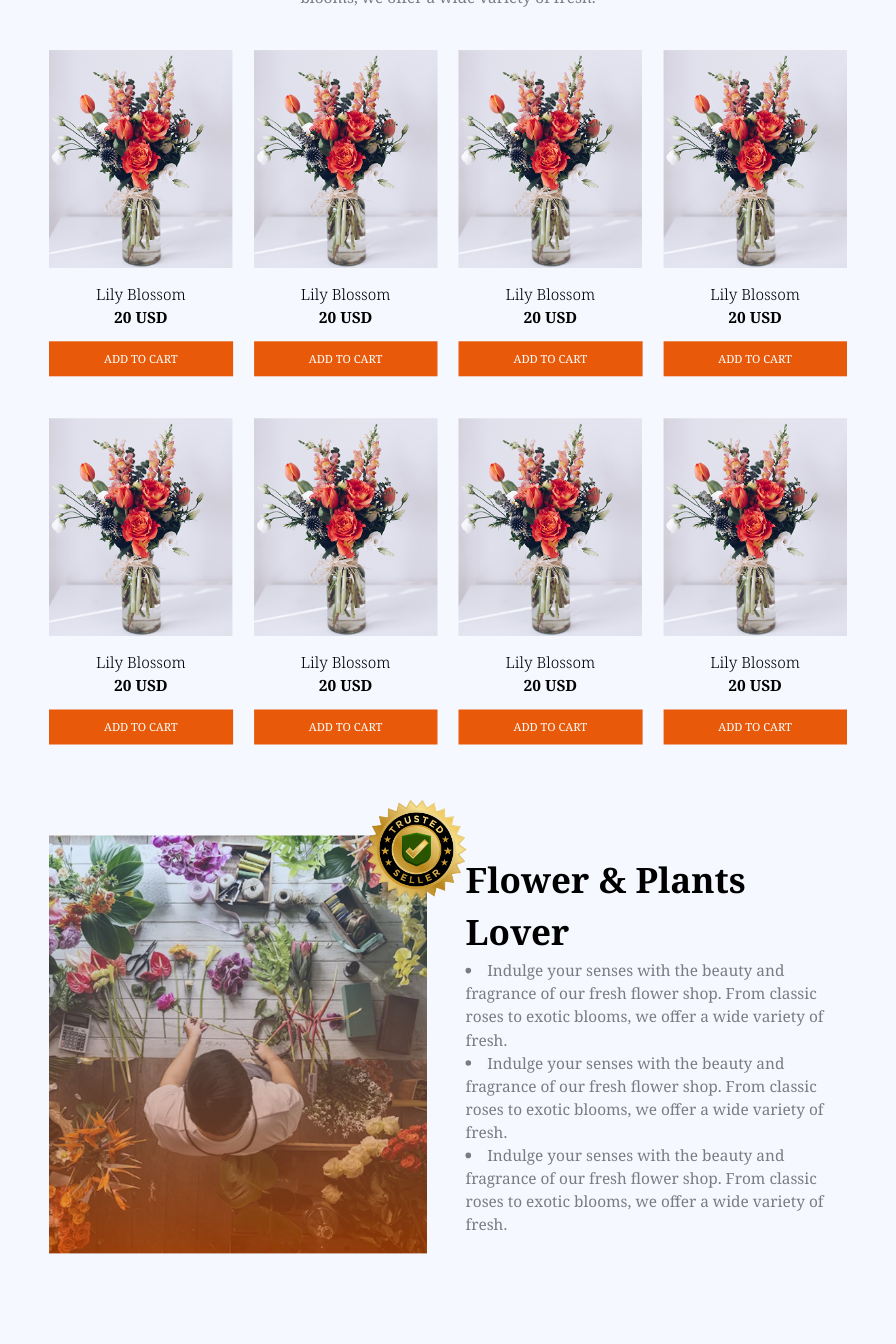
Repository: nahid-hasann/website-7
Page: index.html
An editor plug-in stored every save of this project. The page is shown before and after a run of saves, followed by the edit.
The browser window is 1280 px wide. The pictures show the part of the page from y = 962 to 2882 px (the page is 2882 px tall), at 70% of full size.
Some web libraries are served in a nearby version.

Above is the page before, as saved 2025-07-24 13:07:23.

### index.html
<!DOCTYPE html>
<html lang="en">
<head>
    <meta charset="UTF-8">
    <meta name="viewport" content="width=device-width, initial-scale=1.0">
     <script src="https://cdn.jsdelivr.net/npm/@tailwindcss/browser@4"></script>
    <title> website-7 </title>
    <link rel="stylesheet" href="style.css">
    <link rel="stylesheet" href="https://cdnjs.cloudflare.com/ajax/libs/font-awesome/7.0.0/css/all.min.css" integrity="sha512-DxV+EoADOkOygM4IR9yXP8Sb2qwgidEmeqAEmDKIOfPRQZOWbXCzLC6vjbZyy0vPisbH2SyW27+ddLVCN+OMzQ==" crossorigin="anonymous" referrerpolicy="no-referrer" />
   <link rel="preconnect" href="https://fonts.googleapis.com">
<link rel="preconnect" href="https://fonts.gstatic.com" crossorigin>
<link href="https://fonts.googleapis.com/css2?family=Noto+Serif:ital,wght@0,100..900;1,100..900&display=swap" rel="stylesheet">
</head>
<body class="noto-serif-nahid">


    <header>
        <nav>
            <div class="nav-logo">
                <img src="assets/logo.png" alt="">
            </div>
            <div class="nav-menu">
                <ul>
                    <li class="ul-li" style="color: black; font-weight: bold;">Home</li>
                    <li class="ul-li" >Shop</li>
                    <li class="ul-li" >About us</li>
                    <li class="last-li" style="color: black;"><i class="fa-solid fa-cart-shopping"></i>Cart ($56)</li>
                </ul>
            </div>
        </nav>
    </header>

    <main>

        <section class="banner">
            <div class="banner-section">
                <div class="banner-description">
                    <h1>ALWAYS <span style="color: #e85a0a;">FRESH <br> FLOWERS</span></h1>
                    <p>Indulge your senses with the beauty and fragrance of our fresh flower shop. From classic roses to exotic blooms, we offer a wide variety of fresh flowers that are perfect for any occasion.  </p>
                </div>
                <div class="banner-img">
                    <img src="assets/hero-flower.png" alt="">
                </div>
            </div>
        </section>

        <section class="plants-section">
             <h1> <span style="color: #e85a0a;">Our</span> Plants</h1>
             <p>Indulge your senses with the beauty and fragrance of our fresh flower shop. From classic roses to exotic blooms, we offer a wide variety of fresh.</p>
             <div class="plants-card">
                <div class="card">
                    <img src="assets/sample-flower-image.png" alt="">
                    <h4>Lily Blossom</h4>
                    <h2>20 USD</h2>
                    <button class="btn">ADD TO CART</button>
                </div>
                 <div class="card">
                    <img src="assets/sample-flower-image.png" alt="">
                    <h4>Lily Blossom</h4>
                    <h2>20 USD</h2>
                    <button class="btn">ADD TO CART</button>
                </div>
                 <div class="card">
                    <img src="assets/sample-flower-image.png" alt="">
                    <h4>Lily Blossom</h4>
                    <h2>20 USD</h2>
                    <button class="btn">ADD TO CART</button>
                </div>
                 <div class="card">
                    <img src="assets/sample-flower-image.png" alt="">
                    <h4>Lily Blossom</h4>
                    <h2>20 USD</h2>
                    <button class="btn">ADD TO CART</button>
                </div>
                 <div class="card">
                    <img src="assets/sample-flower-image.png" alt="">
                    <h4>Lily Blossom</h4>
                    <h2>20 USD</h2>
                    <button class="btn">ADD TO CART</button>
                </div>
                 <div class="card">
                    <img src="assets/sample-flower-image.png" alt="">
                    <h4>Lily Blossom</h4>
                    <h2>20 USD</h2>
                    <button class="btn">ADD TO CART</button>
                </div>
                 <div class="card">
                    <img src="assets/sample-flower-image.png" alt="">
                    <h4>Lily Blossom</h4>
                    <h2>20 USD</h2>
                    <button class="btn">ADD TO CART</button>
                </div>
                 <div class="card">
                    <img src="assets/sample-flower-image.png" alt="">
                    <h4>Lily Blossom</h4>
                    <h2>20 USD</h2>
                    <button class="btn">ADD TO CART</button>
                </div>
             </div>
        </section>

        <section class="plants-lover-section">
            <div class="plants-lover-div">
                <div class="plants-lover-img">
                <img src="assets/flower-store.png" alt="">
                <div class="badge">
                    <img class="badge-img" src="assets/trusted-badge.png" alt="">
                </div>
            </div>
            <div class="plants-lover-content">
                <h1>Flower & Plants Lover</h1>
                <or>
                    <li>Indulge your senses with the beauty and fragrance of our fresh flower shop. From classic roses to exotic blooms, we offer a wide variety of fresh.</li>
                    <li>Indulge your senses with the beauty and fragrance of our fresh flower shop. From classic roses to exotic blooms, we offer a wide variety of fresh.</li>
                    <li>Indulge your senses with the beauty and fragrance of our fresh flower shop. From classic roses to exotic blooms, we offer a wide variety of fresh.</li>
                </or>
            </div>
            </div>
        </section>

    </main>




</body>
</html>

### style.css


*{
    margin: 0;
    padding: 0;
    box-sizing: border-box;
}


.noto-serif-nahid {
  font-family: "Noto Serif", serif;
  font-optical-sizing: auto;
  font-style: normal;
  font-variation-settings:
    "wdth" 100;
}

body{
    background-color: #f5f8ff;
}



/* header suru  */

header{
   margin: 20px auto;
   max-width: 1140px;
}

nav{
    display: flex;
    justify-content: space-between;
    align-items: center;
}

.nav-logo img{
    width: 100%;
}

.nav-menu ul{
     display: flex;
     gap: 30px;
     align-items: center;
     justify-content: center;
     margin: auto 0;
}

.nav-menu ul li{
    color: rgba(137, 135, 161, 1);
    font-weight: 400;
}


/* header sesh  */

/* banner-section  */

.banner{
    margin: 230px auto 130px auto;
    max-width: 1140px;

}

.banner-section{
     display: flex;
     align-items: end;
     justify-content: center;
}

.banner-description h1{
    font-size: 65px;
    font-weight: 800;

}

.banner-description p{
    font-size: 22px;
    color: #7b7c80;
}

.banner-img img{
    max-width: 570px;
}

/* banner-section  */

/* plants-section suru */

.plants-section{
    width: 1140px;
    margin: 130px auto;
}

.plants-section h1{
    text-align: center;
    font-size: 50px;
    margin-bottom: 14px;
    font-weight: 700;
}

.plants-card{
    display: grid;
    grid-template-columns: 1fr 1fr 1fr 1fr;
    gap: 30px;
    row-gap: 60px;
    margin-top: 60px;
}

.plants-section p{
    font-size: 22px;
    color: #7b7c80;
    text-align: center;
}

.card {
    display: flex;
    flex-direction: column;
    align-items: center;
    justify-content: center;
}

.card h4{
    font-size: 22px;
    font-weight: 300;
    margin-top: 18px;
}

.card h2{
    font-size: 22px;
    font-weight: 700;
    margin-bottom: 18px;
}

.btn{
    background-color: #e85a0a;
    width: 100%;
    padding: 13px 0;
    color: white;
}

/* plants-section sesh  */

/* plants-lover-section suru  */

.plants-lover-section{
    width: 1140px;
    margin: 130px auto;
}



.plants-lover-div{
     display: grid;
     grid-template-columns: 1fr 1fr;
    align-items: center;
    justify-content: center;
    gap: 50px;
}

.plants-lover-img{
    position: relative;
}

.badge-img{
    position: absolute;
    top: -80px;
    right: -80px;
    width: 200px;
    z-index: 999;
}



.plants-lover-content h1{
     font-size: 50px;
     font-weight: 700;
}

.plants-lover-content or li{
    font-size: 22px;
    color: #7b7c80;
}

/* plants-lover-section sesh  */


/* media screen  */

@media screen and (max-width:575px) {
    header{
        width: 100%;
    }

nav{
    margin:0 30px;

}

.nav-logo img{
    width: 63px;
}
    .ul-li{
        display: none;
    }

    .banner{
        max-width: 575px;
        margin-top: 70px ;
        margin-bottom: 70px;
    }

    .banner-section{
        flex-direction: column-reverse;

    }

    .banner-description{
        margin-left: 30px;
    }

    .banner-description h1{
    font-size: 24px;
}

.banner-description p{
    font-size: 14px;
}

.banner-img img{
    max-width: 400px;
    margin-bottom: 80px;
}

.plants-section{
    width: 100% ;
    padding: 0 20px ;
    margin: 70px 0;

}

.plants-card{
    display: grid;
    grid-template-columns: 1fr 1fr;
    gap: 20px;
    row-gap: 40px;
}

.plants-section h1{
    font-size: 24px;
}
.plants-section p{
    font-size: 14px;
}

.card h4{
    font-size: 15px;
}

.card h2{
    font-size: 15px;
}

.btn{
    font-size: 15px;
}

}

After the next 2 saves:
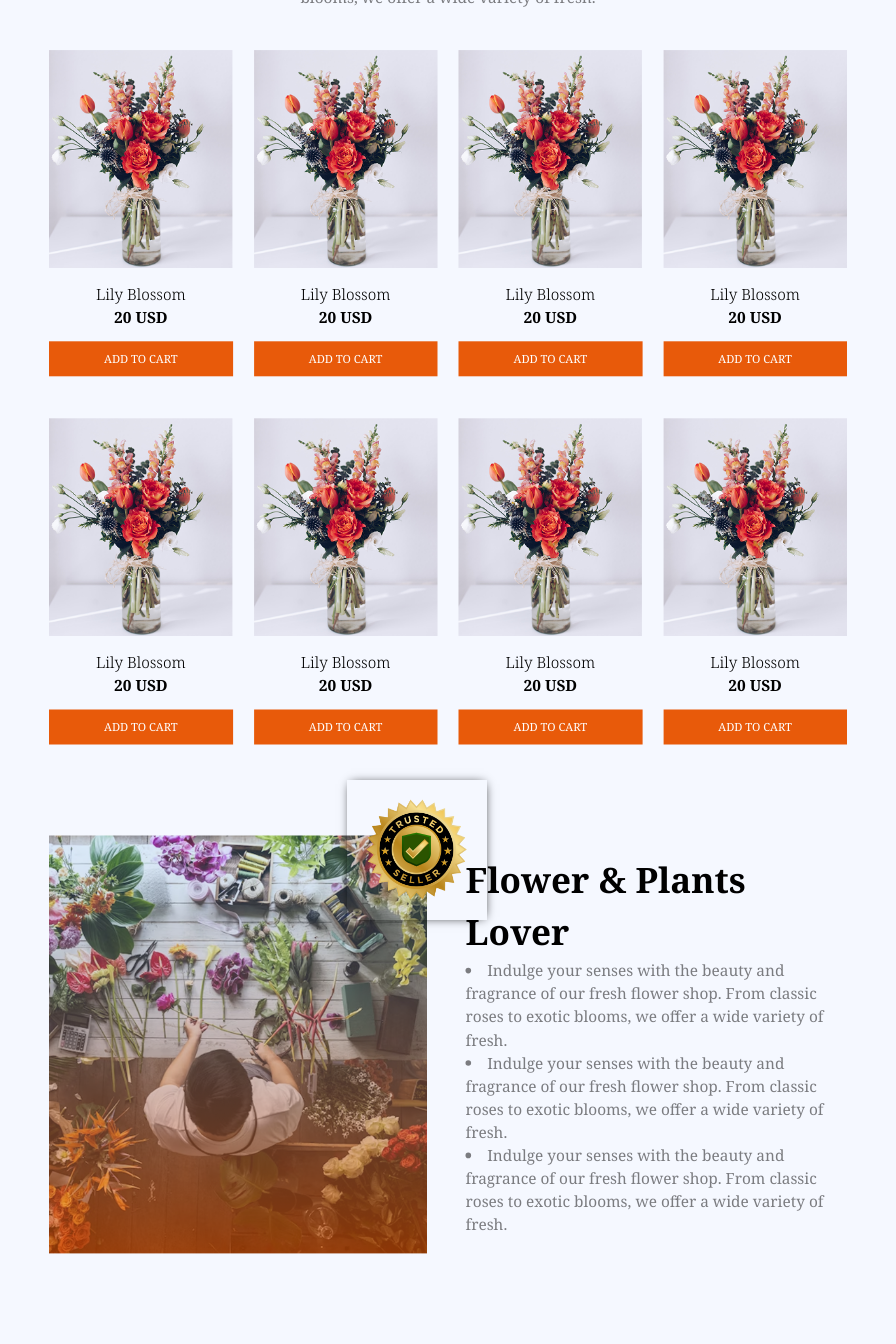
The 2 saves are shown as one change because they came seconds apart.
The last was saved 64 s later.
--- a/style.css
+++ b/style.css
@@ -168,6 +168,8 @@ nav{
     right: -80px;
     width: 200px;
     z-index: 999;
+    box-shadow: 1px 1px 15px -5px #000000
+;
 }
 
 

After the save that followed:
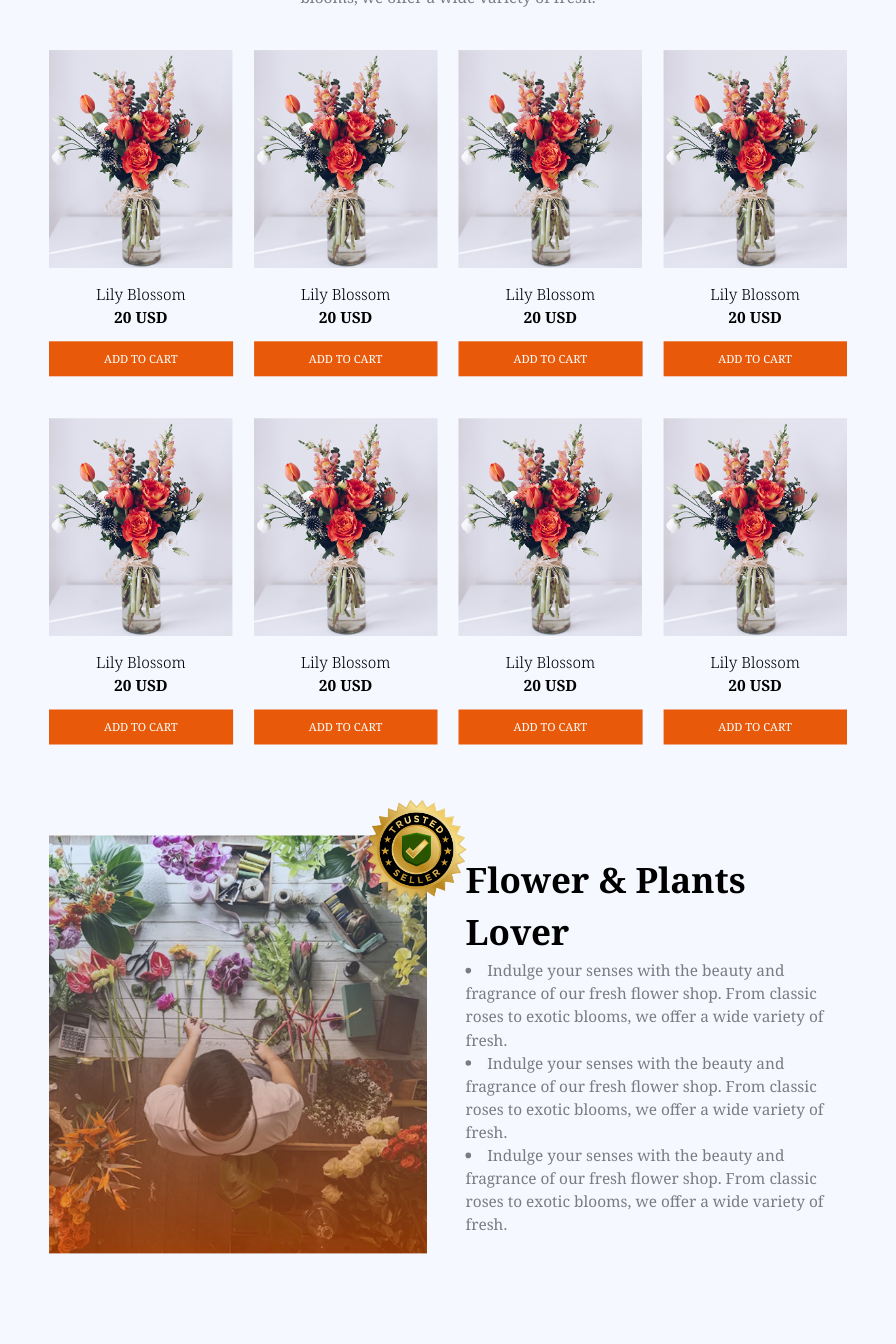
Saved 18 s later.
--- a/style.css
+++ b/style.css
@@ -168,8 +168,6 @@ nav{
     right: -80px;
     width: 200px;
     z-index: 999;
-    box-shadow: 1px 1px 15px -5px #000000
-;
 }
 
 
